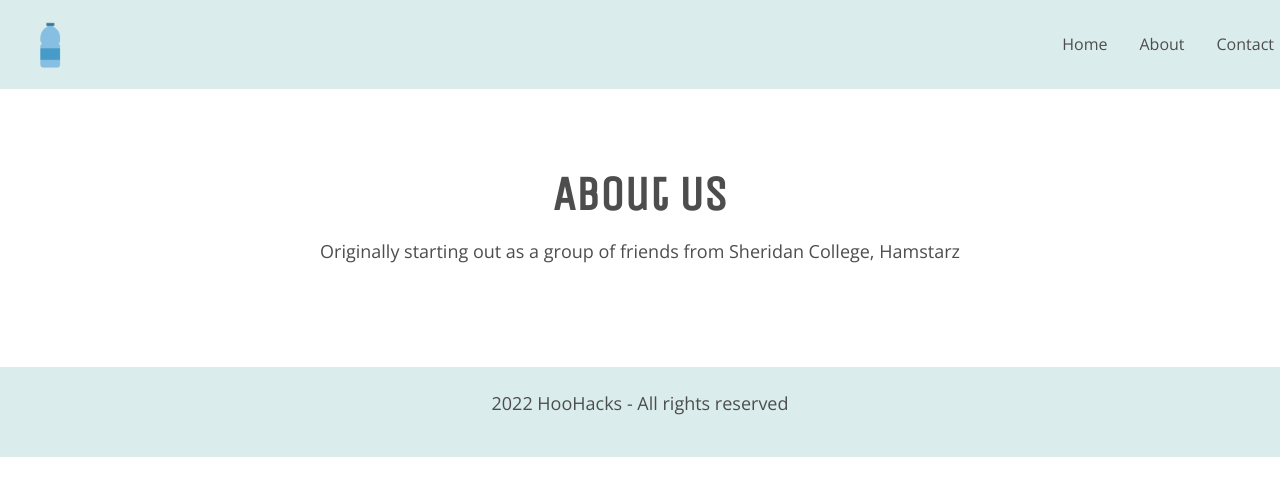
Repository: jennyjjung/H2ODaily
Page: about.html
An editor plug-in stored every save of this project. The page is shown before and after the next save, followed by the edit.
The browser window is 1280 px wide. The pictures show the whole page.

Above is the page before, as saved 2022-03-26 19:43:55.

### about.html
<!DOCTYPE html>
<html lang="en">
<head>
  <meta charset="UTF-8">
  <meta http-equiv="X-UA-Compatible" content="IE=edge">
  <meta name="viewport" content="width=device-width, initial-scale=1.0">
  <title>H2O Daily</title>
  <link href='https://fonts.googleapis.com/css?family=Unica One' rel='stylesheet'>
  <link href="https://fonts.googleapis.com/css2?family=Open+Sans:wght@400;600;700&display=swap" rel="stylesheet">
  <link rel="stylesheet" href="style.css" />
  <script src="main.js" defer></script>
</head>
<body>

  <nav id="navbar">
    <div class="navbar__logo">
      <a href="index.html"><img src="images/bottle.png" class="navbar__bottle"></a>
    </div>
    <div class="navbar__menu">
      <li class="navbar__menu__item"><a href="index.html">Home</a></li>
      <li class="navbar__menu__item"><a href="about.html">About</a></li>
      <li class="navbar__menu__item"><a href="contact.html">Contact</a></li>
    </div>
  </nav>

  <section id="about">
    <h1>About Us</h1>
    <div class="about__content">
      <p>
        Originally starting out as a group of friends from Sheridan College, Hamstarz
      </p>
    </div>
  </section>

  <section id="bottom">
    <div class= "bottom__container">
      <p class="bottom__rights">2022 HooHacks - All rights reserved</p>
    </div>
  </section>

</body>
</html>

### style.css
/* Global */
:root {
  /* Color */
  --color-white: #ffffff;
  --color-dark-grey: #4d4d4d;
  --color-blue: #daedec;
  --color-dark-blue: #b9d8d6;
  --color-yellow: rgb(241, 247, 208);

  /* Font weight */
  --weight-bold: 700;
  --weight-semi-bold: 600;
  --weight-regular: 400;

  /* Font Size */
  --font-large: 48px;
  --font-medium: 28px;
  --font-regular: 18px;
  --font-small: 16px;
  --font-micro: 14px;

  /* Size */
  --size-border-radius: 4px;
}

body {
  margin: 0;
  font-family: "Open Sans";
  cursor: default;
  text-align: center;
}

h1 {
  font-size: var(--font-large);
  font-weight: var(--weight-bold);
  color: var(--color-dark-grey);
  font-family: "Unica One";
  margin: 16px 0px;
}

p {
  font-size: var(--font-regular);
  font-weight: var(--weight-regular);
  color: var(--color-dark-grey);
  margin: 4px 0;
}

li {
  list-style: none;
}

a {
  text-decoration: none;
  color: var(--color-dark-grey);
}

blockquote {
  padding: 5%;
  color: var(--color-dark-grey);
  font-style: italic;
  line-height: 145%;
  position: relative;
  margin-top: 40px;
  width: 500px;
  margin-right: 0;
}

blockquote:before {
  content: "\201C";
  font-size: 400%;
  display: block;
  position: absolute;
  top: -5px;
  left: -3px;
}

/* Navbar */
#navbar {
  position: fixed;
  display: flex;
  justify-content: space-between;
  width: 100%;
  background-color: var(--color-blue);
  padding: 10px;
  align-items: center;
}

.navbar__menu {
  display: flex;
  margin-left: 25px;
}

.navbar__logo {
  font-size: var(--font-medium);
  font-weight: var(--weight-semi-bold);
  justify-content: center;
}

.navbar__bottle {
  width: 50px;
  padding-left: 20px;
  padding-top: 10px;
}

.navbar__menu__item {
  padding: 8px 12px;
  margin: 0 4px;
  cursor: pointer;
  border-radius: var(--size-border-radius);
}

.navbar__menu__item:hover {
  background-color: var(--color-dark-blue);
}

/* Home */
#home,
#contact,
#about {
  padding: 150px 40px 100px 40px;
}

.home__title {
  color: var(--color-dark-grey);
}

.home__content {
  display: flex;
  padding-top: 30px;
  width: 80%;
}

.home__container {
  display: flex;
  flex-direction: column;
  align-items: center;
  justify-content: center;
}

.home__logo {
  width: 250px;
  height: 250px;
  margin: 40px;
}

.btn__home {
  color: var(--color-dark-grey);
  background-color: var(--color-blue);
  font-size: var(--font-regular);
  font-weight: var(--weight-bold);
  font-family: "Unica One";
  margin: 24px;
  padding: 8px 16px;
  border-radius: var(--size-border-radius);
}

.btn__home:hover {
  background-color: var(--color-dark-blue);
}

#bottom {
  background-color: var(--color-blue);
  padding: 20px;
  text-align: center;
  height: 50px;
}

Loaded but not shown: main.js (no copy from this time; the picture is the same without it)

After the next save:
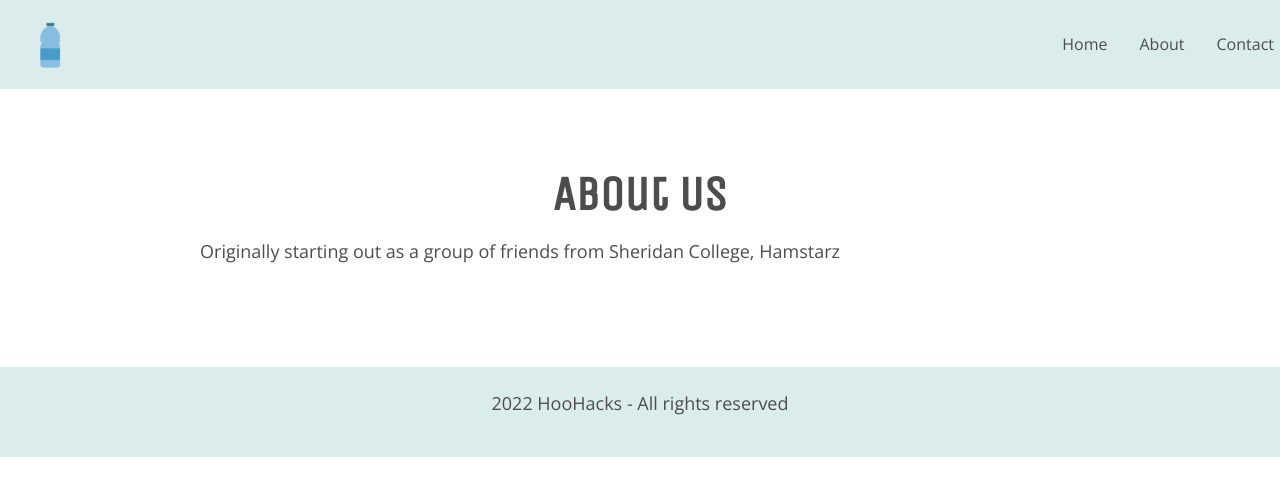
Saved 74 s later.
--- a/style.css
+++ b/style.css
@@ -164,3 +164,8 @@ blockquote:before {
   text-align: center;
   height: 50px;
 }
+
+.about__content,
+.contact__content {
+  width: 80%;
+}

After the 3 saves that followed:
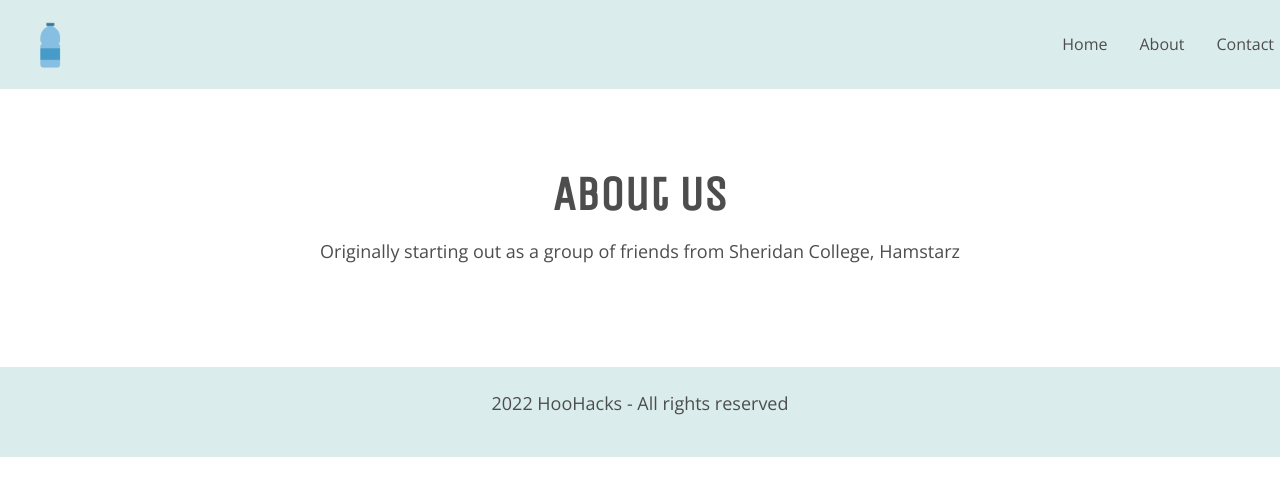
The 3 saves are shown as one change because 2 left the picture as it was.
The last was saved 66 s later.
--- a/style.css
+++ b/style.css
@@ -168,4 +168,6 @@ blockquote:before {
 .about__content,
 .contact__content {
   width: 80%;
+  text-align: center;
+  margin: auto;
 }
